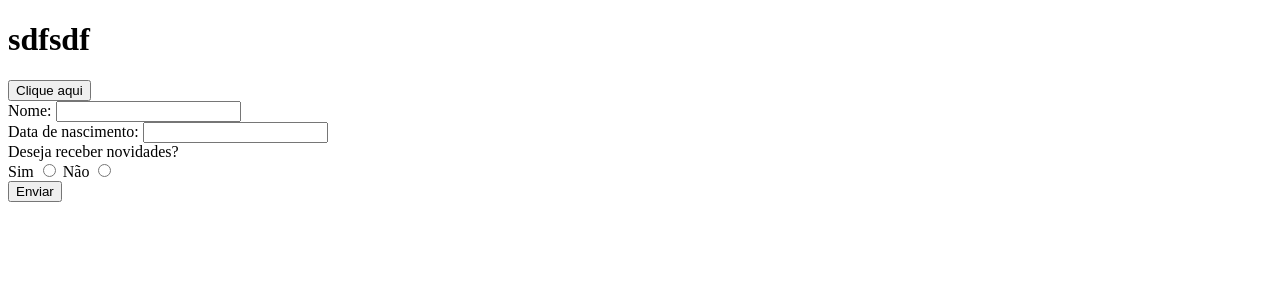
Repository: shamanickCoder/FIAP
Page: http://localhost/17-jquery/
An editor plug-in stored every save of this project. The page is shown before and after the next save, followed by the edit.
The browser window is 1280 px wide. The pictures show the whole page.
The page is served by Tomcat 9.

Above is the page before, as saved 2016-05-18 11:57:16.

### Desenvolvimentos de Sistemas Web/1 semestre/Javascript/17-jquery/WebContent/index.html
<!DOCTYPE html>
<html>
<head>
<meta charset="UTF-8">
<script src = "jquery-1.12.3.min.js"></script>
<script src = "script.js"></script>
<title>tucurucutu</title>
</head>
<body>
 <h1>sdfsdf</h1>
 <button>Clique aqui</button>
 <div>
  <form method = "post" action = "cadastrar">
   <div>
    <label for = "nome">Nome:</label>
    <input type = "text" id = "nome">
   </div>
   <div>
    <label for = "data">Data de nascimento:</label>
    <input type = "text" id = "data">
   </div>
   <div>
    <span>Deseja receber novidades?</span>
    <br>
    <label for = "sim">Sim</label>
    <input type = "radio" name = "novidades" id = "sim">
    <label for = "nao">Não</label>
    <input type = "radio" name = "novidades" id = "nao">
   </div>
   <div>
    <label for = "email"><span class = "email">E-mail:</span></label>
    <input type = "text" class = "email">
   </div>
   <div>
    <input type = "submit" value = "Enviar" id = "enviar" name = "enviar">
   </div>
  </form>
 </div>
</body>
</html>

### Desenvolvimentos de Sistemas Web/1 semestre/Javascript/17-jquery/WebContent/script.js
$().ready(function(){
	$(".email").hide();

	$("button").click(function(){
		$("h1").slideToggle();
	});
});

Loaded but not shown: Desenvolvimentos de Sistemas Web/1 semestre/Javascript/17-jquery/WebContent/jquery-1.12.3.min.js (library)

After the next save:
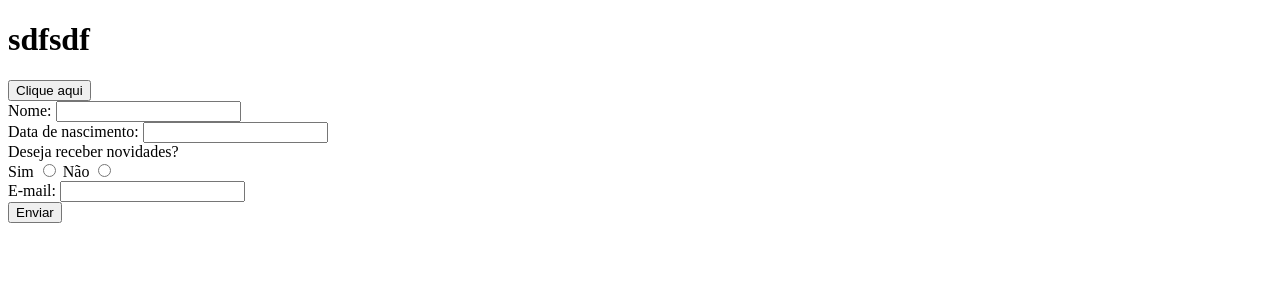
Console error: ReferenceError: email is not defined
Saved 2 min 5 s later.
--- a/Desenvolvimentos de Sistemas Web/1 semestre/Javascript/17-jquery/WebContent/script.js
+++ b/Desenvolvimentos de Sistemas Web/1 semestre/Javascript/17-jquery/WebContent/script.js
@@ -1,5 +1,7 @@
 $().ready(function(){
-	$(".email").hide();
+	if(email.checked == "nao" || email.checked == ""){
+		$(".email").hide();
+	}
 
 	$("button").click(function(){
 		$("h1").slideToggle();

After the 3 saves that followed:
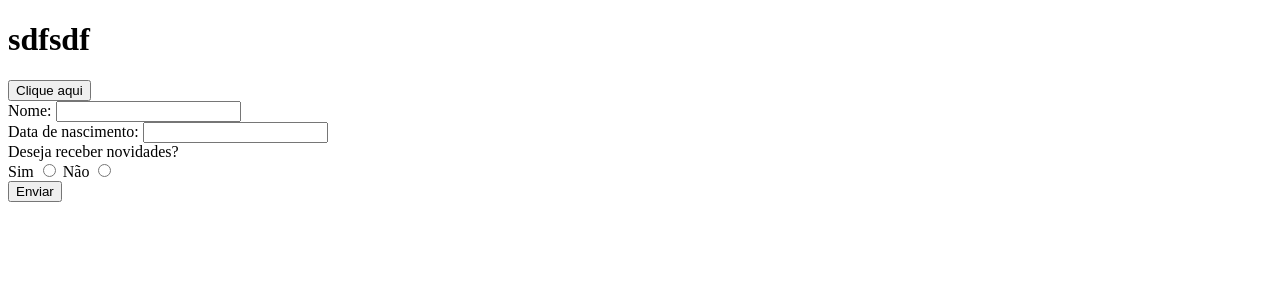
The error is gone.
The 3 saves are shown as one change because 2 left the picture as it was.
The last was saved 2 min 1 s later.
--- a/Desenvolvimentos de Sistemas Web/1 semestre/Javascript/17-jquery/WebContent/script.js
+++ b/Desenvolvimentos de Sistemas Web/1 semestre/Javascript/17-jquery/WebContent/script.js
@@ -1,8 +1,5 @@
 $().ready(function(){
-	if(email.checked == "nao" || email.checked == ""){
-		$(".email").hide();
-	}
-
+	$(".email").hide();
 	$("button").click(function(){
 		$("h1").slideToggle();
 	});
